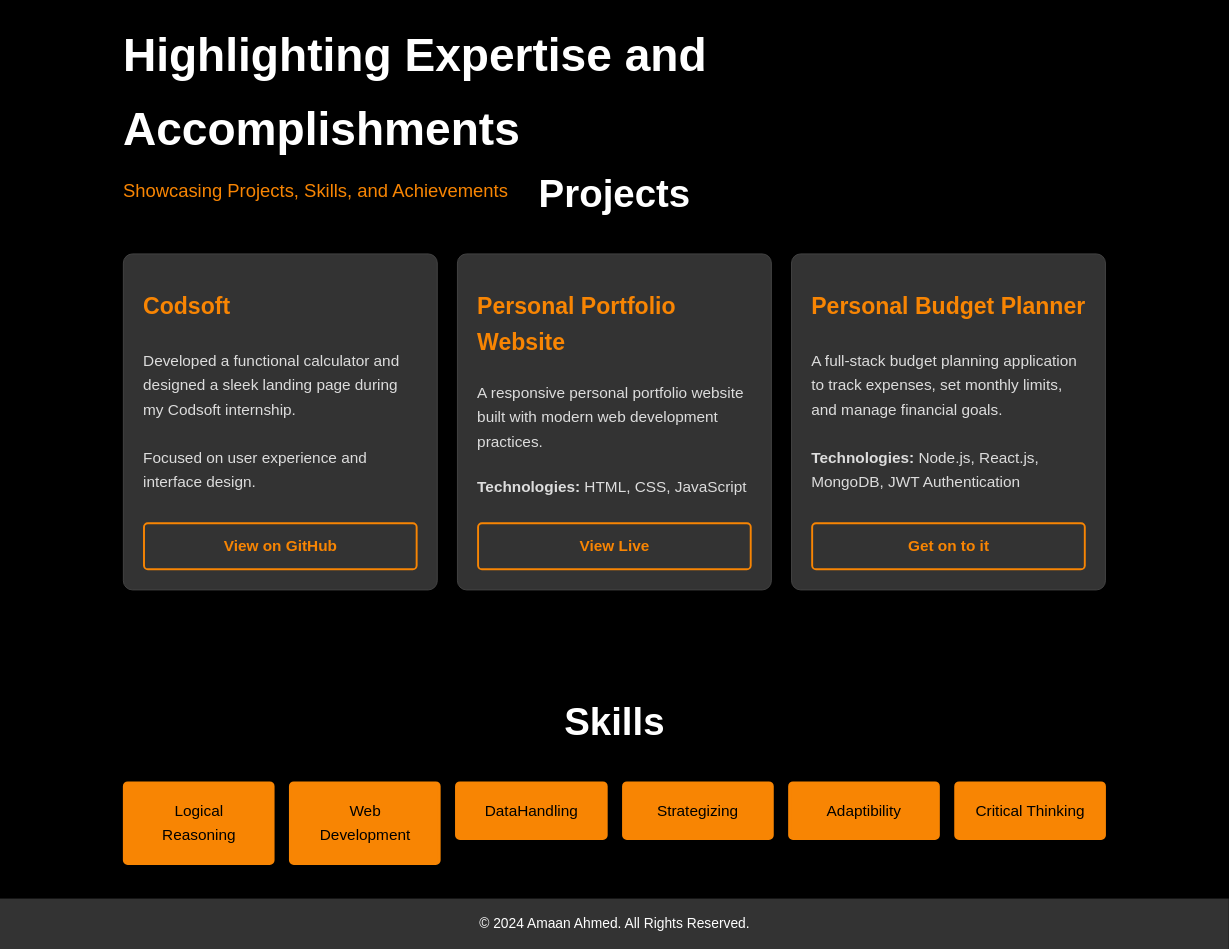
Repository: AmaanLucky/Portfolio
Page: Portfolio-main/portfolio.html
An editor plug-in stored every save of this project. The page is shown before and after the next save, followed by the edit.
The browser window is 1280 px wide. The pictures show the whole page, at 96% of full size.

Above is the page before, as saved 2025-02-28 20:06:45.

After the next save:
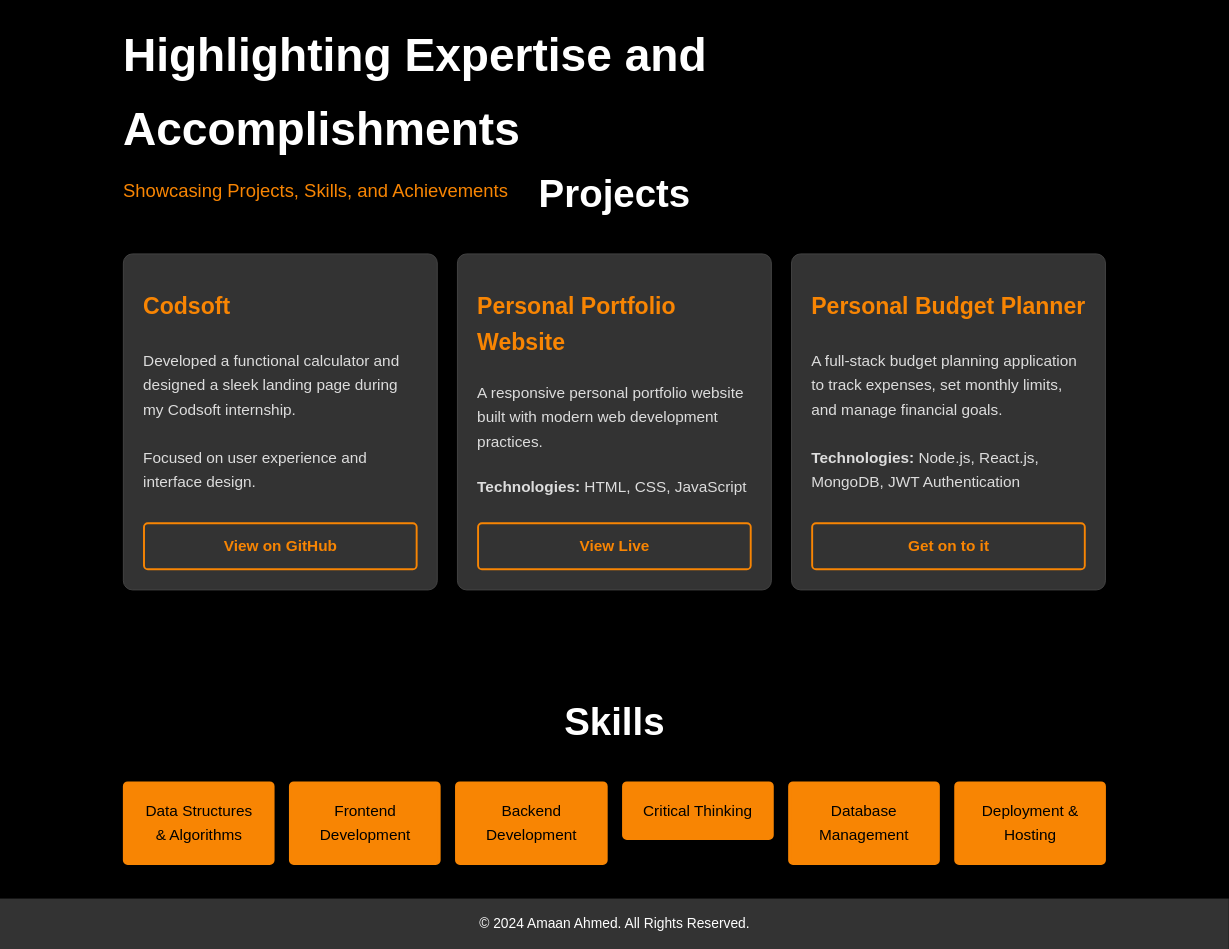
Saved 4 min 11 s later.
--- a/Portfolio-main/portfolio.html
+++ b/Portfolio-main/portfolio.html
@@ -64,14 +64,15 @@
   <section class="skills-section">
     <h2>Skills</h2>
     <div class="skills-grid">
-      <div class="skill"><a href="https://testbook.com/reasoning/logical-reasoning" target="_blank">Logical Reasoning</a></div>
-      <div class="skill"><a href="https://web.dev/html" target="_blank">Web Development</a></div>
-      <div class="skill"><a href="https://www.geeksforgeeks.org/data-handling/" target="_blank">DataHandling</a></div>
-      <div class="skill"><a href="https://interobservers.com/what-is-strategizing/"target="_blank">Strategizing</a></div>
-      <div class="skill"><a href="https://www.walkme.com/glossary/adaptability/" target="_blank">Adaptibility</a></div>
+      <div class="skill"><a href="https://www.geeksforgeeks.org/data-structures/" target="_blank">Data Structures & Algorithms</a></div>
+      <div class="skill"><a href="https://web.dev/html" target="_blank">Frontend Development</a></div>
+      <div class="skill"><a href="https://nodejs.org/en" target="_blank">Backend Development</a></div>
       <div class="skill"><a href="https://www.scribbr.com/working-with-sources/critical-thinking/" target="_blank">Critical Thinking</a></div>
+      <div class="skill"><a href="https://www.mongodb.com/" target="_blank">Database Management</a></div>
+      <div class="skill"><a href="https://vercel.com/" target="_blank">Deployment & Hosting</a></div>
     </div>
   </section>
+
 
   <footer>
     <p>&copy; 2024 Amaan Ahmed. All Rights Reserved.</p>
